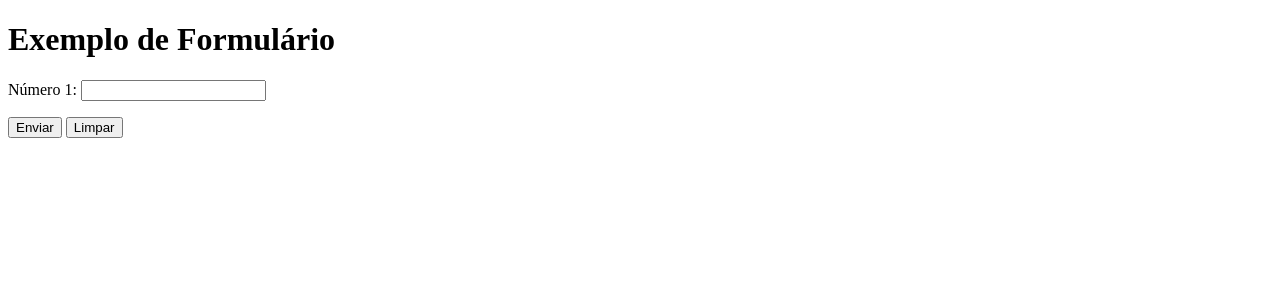
Repository: Codigo404q/html-css
Page: exercicios/ex025/form008.html
The author's editor kept a copy of each file at every save. The page is drawn from the files as they stood at one save, then again after a run of saves.
The browser window is 1280 px wide. The pictures show the whole page.

Above is the page before, as saved 2024-01-31 21:25:37.

### exercicios/ex025/form008.html
<!DOCTYPE html>
<html lang="pt-br">
<head>
    <meta charset="UTF-8">
    <meta name="viewport" content="width=device-width, initial-scale=1.0">
    <title>Formulário</title>
</head>
<body>
    <h1>Exemplo de Formulário </h1>
    <form action="cadastro.lua" method="get" autocomplete="on"></form>
    <p>
        <label for="in1">Número 1: </label>
        <input type="number" name="n1" id="in1" min="0">
    </p>
    <p>
        <input type="submit" value="Enviar">
        <input type="reset" value="Limpar">
    </p>
</body>
</html>

After the next 3 saves:
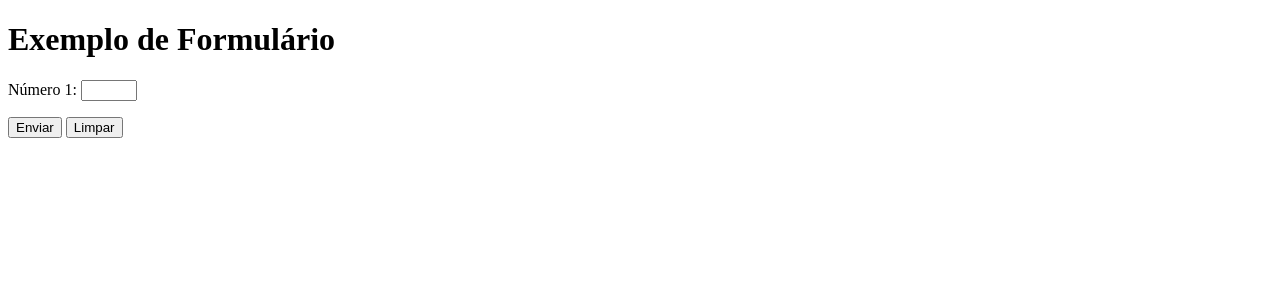
The 3 saves are shown as one change because they came seconds apart.
The last was saved 10 s later.
--- a/exercicios/ex025/form008.html
+++ b/exercicios/ex025/form008.html
@@ -10,7 +10,7 @@
     <form action="cadastro.lua" method="get" autocomplete="on"></form>
     <p>
         <label for="in1">Número 1: </label>
-        <input type="number" name="n1" id="in1" min="0">
+        <input type="number" name="n1" id="in1" min="0" max="50" required>
     </p>
     <p>
         <input type="submit" value="Enviar">
